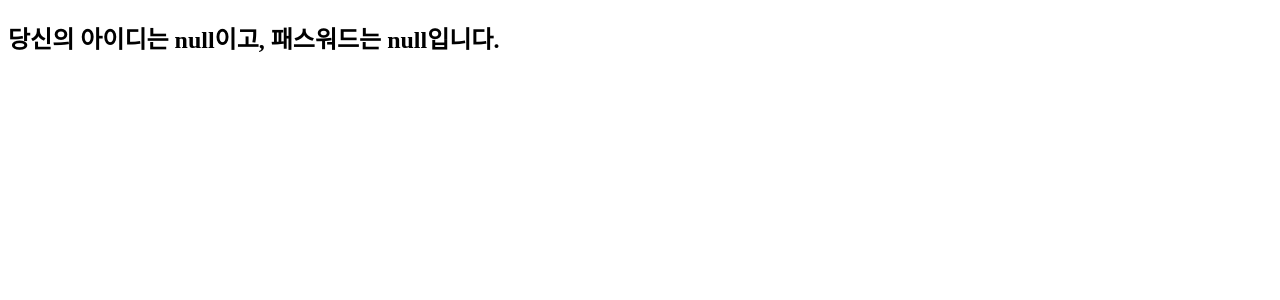
Repository: ohseung-web/OTjsp2026
Page: http://localhost/chapter/RequestForword.jsp
An editor plug-in stored every save of this project. The page is shown before and after the next save, followed by the edit.
The browser window is 1280 px wide. The pictures show the whole page.
The page is served by Tomcat 9.

Above is the page before, as saved 2026-10-17 06:53:18.

After the next save:
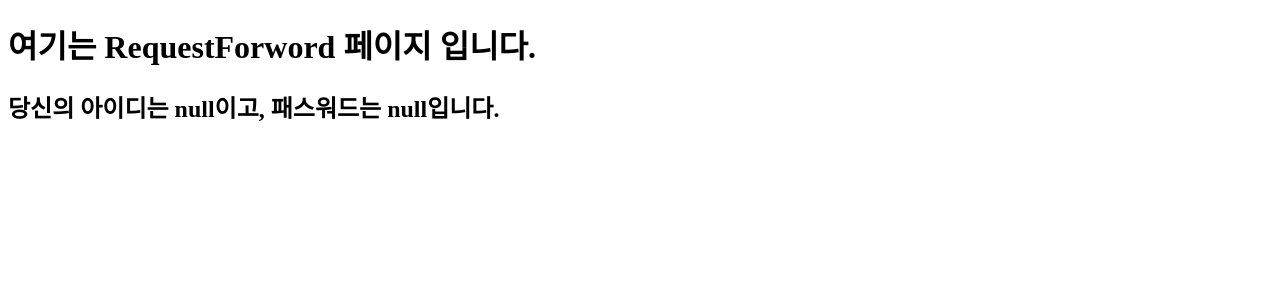
Saved 35 s later.
--- a/chapter/src/main/webapp/RequestForword.jsp
+++ b/chapter/src/main/webapp/RequestForword.jsp
@@ -13,6 +13,7 @@
 	 	String id = request.getParameter("id"); //사용장의 id값을 읽어들여서 변수 id에 저장하시오.
 	 	String pass = request.getParameter("pass"); //사용장의 pass값을 읽어들여서 변수 pass에 저장하시오.
 	 %>
+	 <h1>여기는 RequestForword 페이지 입니다.</h1>
 	 <h2>당신의 아이디는 <%= id %>이고, 패스워드는 <%= pass %>입니다.</h2>
 </body>
 </html>
